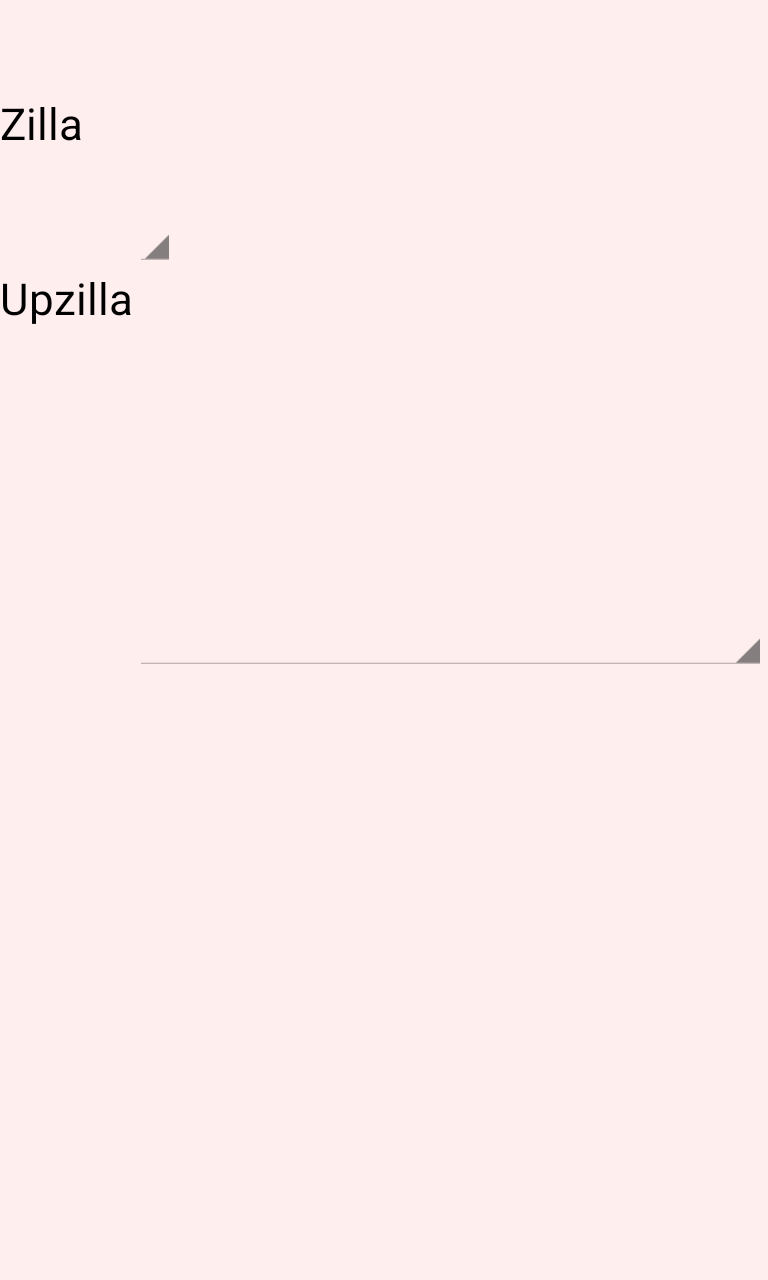
Repository: arifhasnatnstucsteonGit/BanngladeshPoliceService
Layout: Bangladesh Police Service/BangladeshPoliceService/res/layout/zilla.xml
An editor plug-in stored every save of this project. The layout is shown before and after the next save, followed by the edit.
It is drawn on a 768 x 1280 px phone screen (xhdpi) without system bars, with theme AppTheme; the app's code is not run.

Above is the layout before, as saved 2014-03-09 14:03:09.

After the next save:
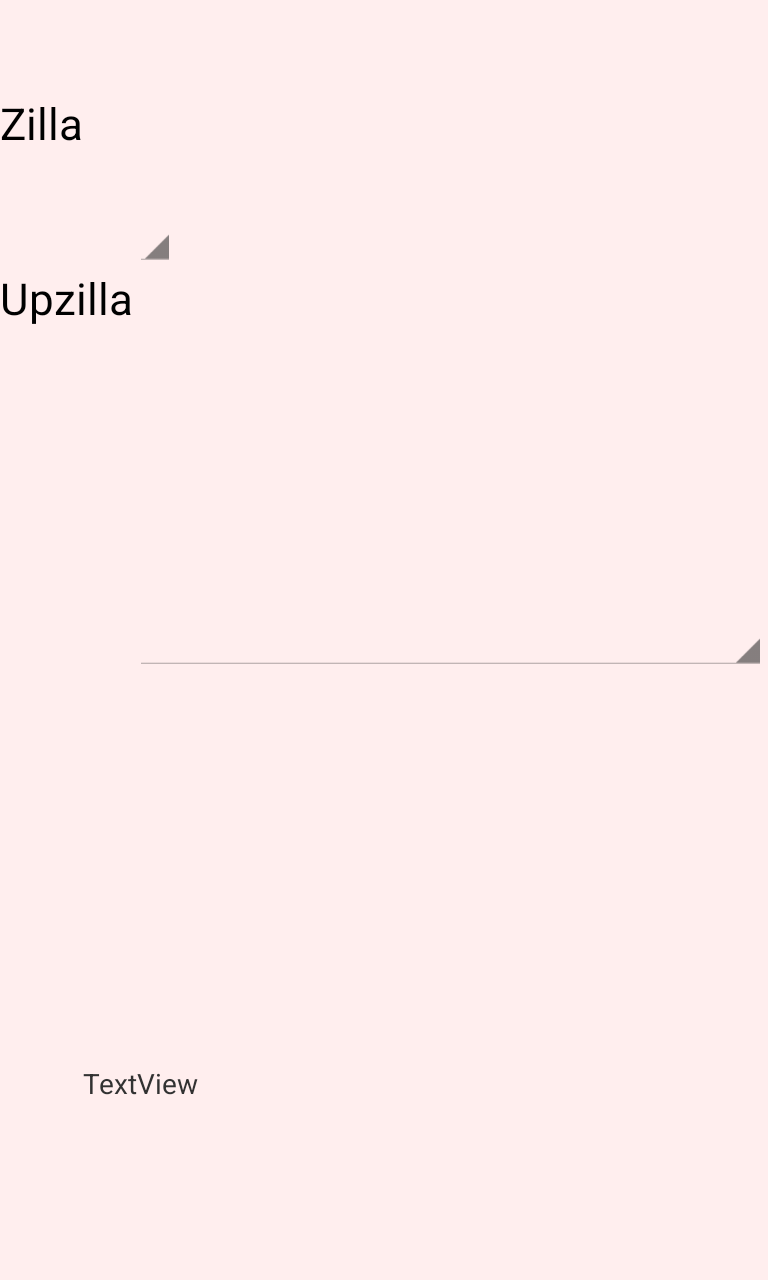
Saved 33 s later.
--- a/Bangladesh Police Service/BangladeshPoliceService/res/layout/zilla.xml
+++ b/Bangladesh Police Service/BangladeshPoliceService/res/layout/zilla.xml
@@ -39,4 +39,13 @@
         android:layout_alignParentRight="true"
         android:layout_centerVertical="true" />
 
+    <TextView
+        android:id="@+id/textView3"
+        android:layout_width="wrap_content"
+        android:layout_height="wrap_content"
+        android:layout_alignParentBottom="true"
+        android:layout_marginBottom="89dp"
+        android:layout_toRightOf="@+id/textView1"
+        android:text="TextView" />
+
 </RelativeLayout>

After the save that followed:
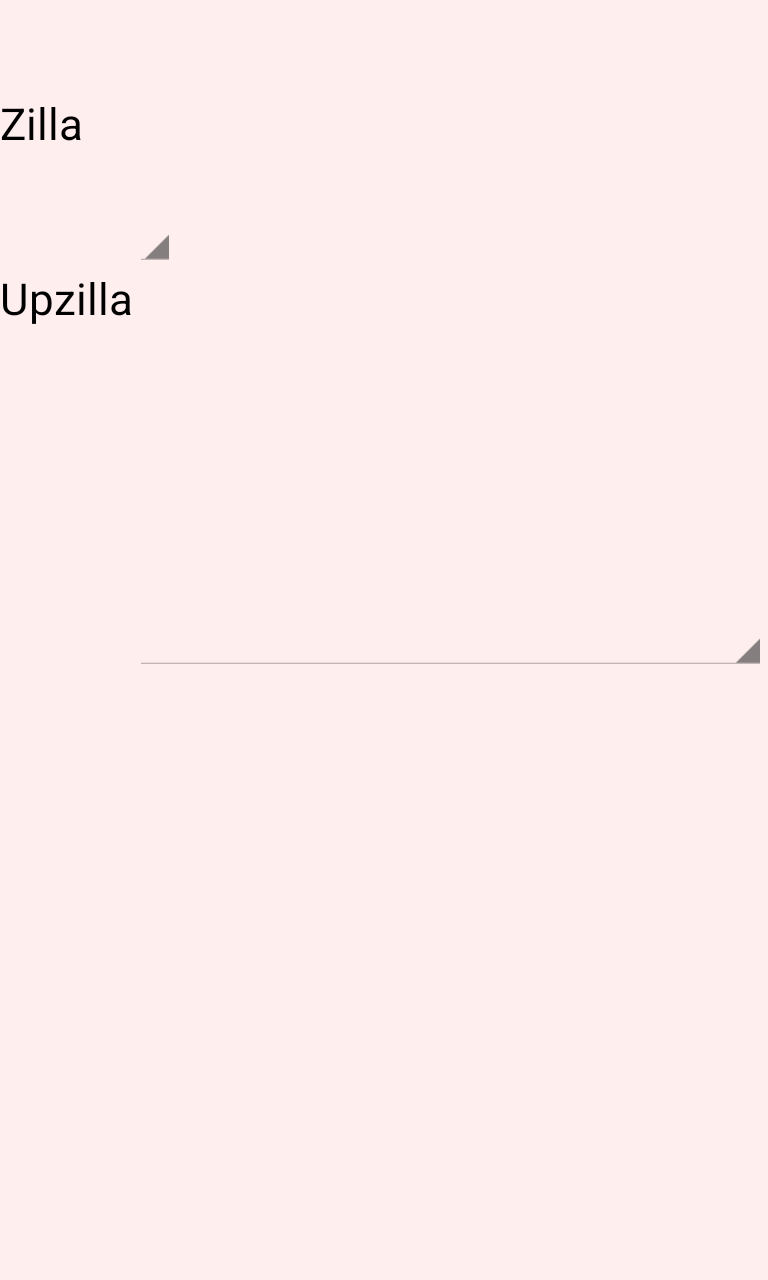
Saved 12 s later.
--- a/Bangladesh Police Service/BangladeshPoliceService/res/layout/zilla.xml
+++ b/Bangladesh Police Service/BangladeshPoliceService/res/layout/zilla.xml
@@ -45,7 +45,6 @@
         android:layout_height="wrap_content"
         android:layout_alignParentBottom="true"
         android:layout_marginBottom="89dp"
-        android:layout_toRightOf="@+id/textView1"
-        android:text="TextView" />
+        android:layout_toRightOf="@+id/textView1" />
 
 </RelativeLayout>
